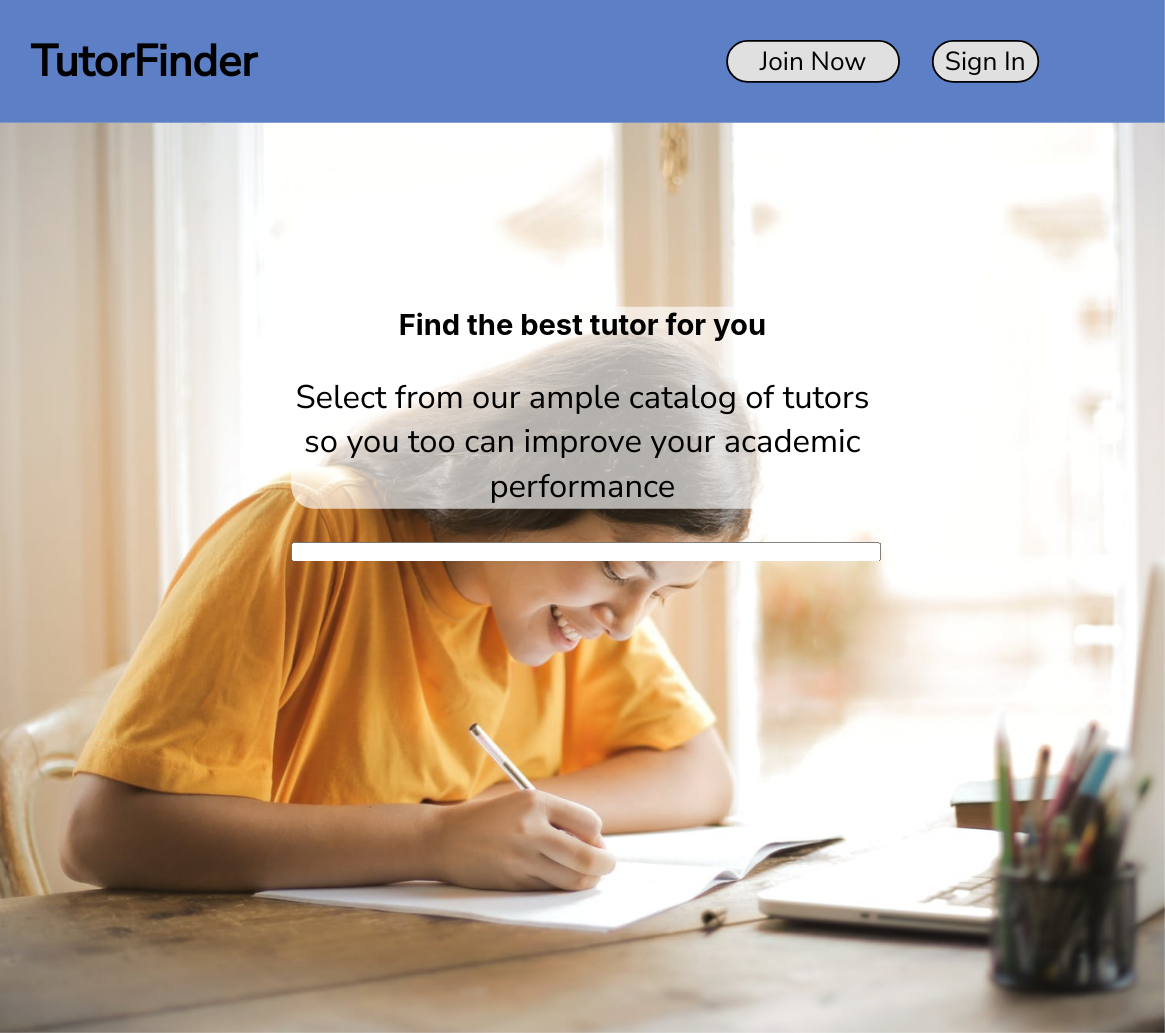
Repository: uprm-inso-4117-2020-2021-s2/semester-project-uprm-inso-4117-2020-2021-s2-team-7
Page: / (app in tutorfinder/)
These files come from the project's save history. The page is drawn as it stood at one moment and after the next save; the edit follows.
The browser window is 1280 px wide. The pictures show the whole page, at 91% of full size.
The project was rebuilt for these pictures with package versions that can differ from the ones it lists, and the page was loaded fresh each time. Also part of the build but not shown: tutorfinder/src/App.css.

Above is the page before, as saved 2021-03-29 23:34:37.

### tutorfinder/src/App.js
import React from "react";
import './App.css';
import Nav from './Nav.js';
import Welcome from "./Welcome";




function App() {
  return (

      <div className="">

        <Nav />
     <Welcome/>

      </div>

  );
}



export default App;

### tutorfinder/src/Nav.js
import React from "react";
import "./App.css";
import "./Nav.css"

class Nav extends React.Component {

  render(){

  return (
    <div className="">
  <table className="navBar">
      <tr>
          <td className="left"><h1 className="title">TutorFinder</h1></td>

          <td className="middle "><button className="buttons buttonLetters ">Join Now</button></td>
          <td className="right"><button className="buttons buttonLetters">Sign In</button></td>
      </tr>
      </table>

    </div>
  );
}
}

export default Nav;

### tutorfinder/src/Welcome.js
import React from "react";
import "./App.css";
import "./Welcome.css"
import foto from "./assets/bg.png"

class Welcome extends React.Component {

  render(){

  return (
    <div className="background">

 <div className="everything">
 <div className="square">
<h1>Find the best tutor for you</h1>
<p className="paragraph">Select from our ample catalog of tutors so you too
can improve your academic performance</p>
 </div>

 <div className="">
<input type="text" className="search"></input>
 </div>
 </div>

    </div>
  );
}
}

export default Welcome;

### tutorfinder/src/Nav.css
@import url("https://fonts.googleapis.com/css2?family=Nunito+Sans&display=swap");

.title {
  font-family: "Nunito Sans", sans-serif;
  font-style: normal;
  font-weight: bold;
  font-size: 48px;
  line-height: 65px;

}

.navBar {
    table-layout: fixed;
  background-color: #5d7fc5;
  width: 100%;
}

.buttons {
  background: #e0e0e0;
  border-radius: 45px;
  outline: none;
  border-style: solid;

}

.buttonLetters {
  font-family: "Nunito Sans", sans-serif;
  font-style: normal;
  font-weight: 300;
  font-size: 1.8em;
  line-height: 41px;
  text-align: center;
  padding-right: 10%;
  padding-left: 10%;

}

.left{
text-align: left;
padding-left: 2.5%;
width: 50%;
}

.right{
    text-align: left;
    padding-right: 10%;
    width: 20%;
}

.middle{
    /* background-color: red; */
    text-align: right;
    padding-right: 2.5%;
}

### tutorfinder/src/Welcome.css

@import url("https://fonts.googleapis.com/css2?family=Nunito+Sans&display=swap");

.background{
background-image: url("./assets/bg.png");
height: 1000px;
width: 100% !important;
position:relative;
}

.square{
    background: rgba(255, 255, 255, 0.65);
border-radius: 25px;
text-align: center;

}

.everything{
    position:absolute;
    top:50%;
    left:50%;
    width :50%;
    height:50%;
    margin-left:-25%;
    margin-top:-25%;
}

.search{
    width: 100%;
}

.paragraph{
    font-family: "Nunito Sans", sans-serif;
font-style: normal;
font-weight: 300;
font-size: 36px;
line-height: 49px;
text-align: center;
}

.heading{
    font-family: "Nunito Sans", sans-serif;
font-style: normal;
font-weight: bold;
font-size: 64px;
line-height: 87px;
text-align: center;
}

Loaded but not shown: tutorfinder/public/index.html (common file); tutorfinder/src/index.js (common file); tutorfinder/src/index.css (common file); tutorfinder/src/reportWebVitals.js (common file)

After the next save:
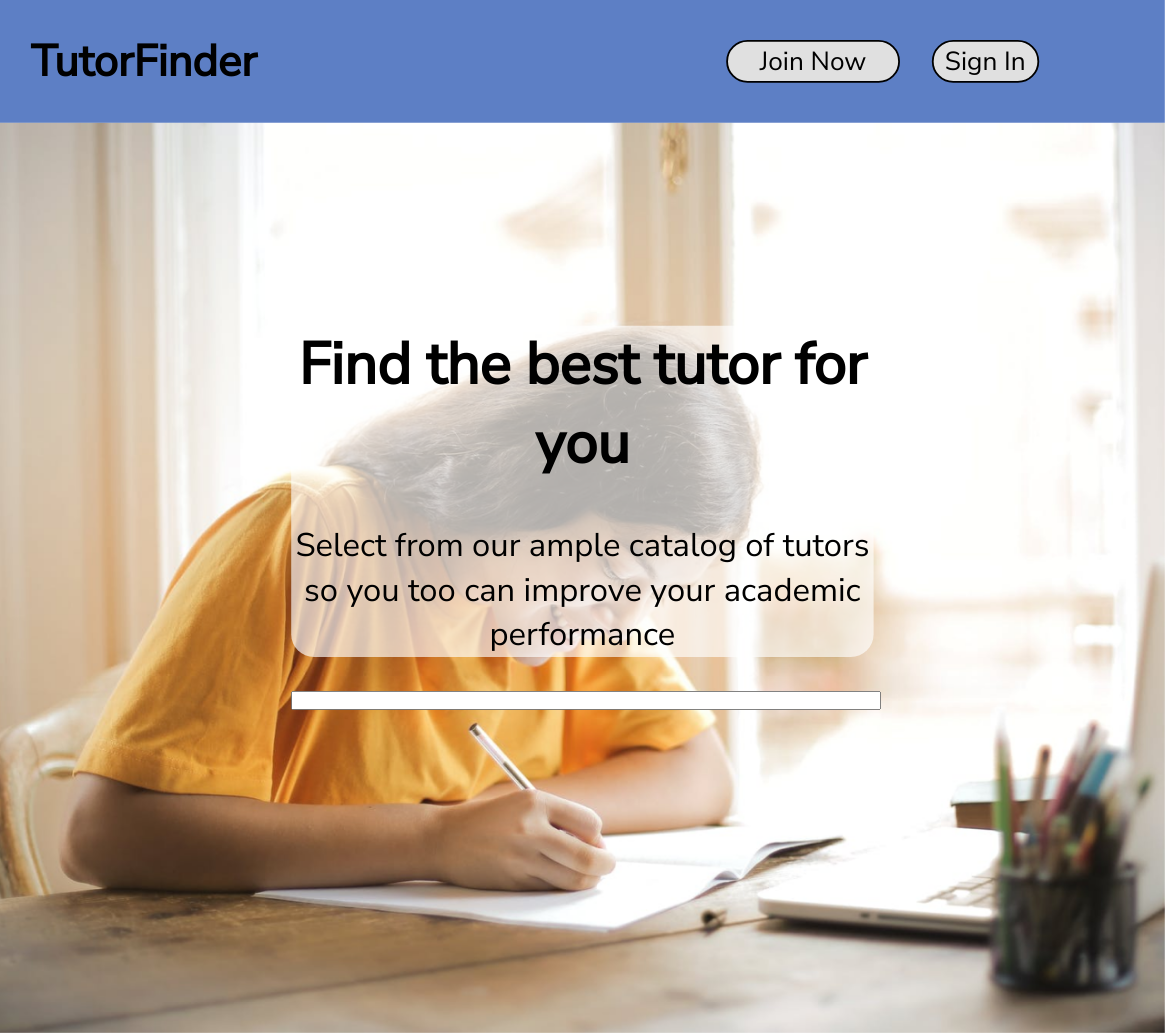
Saved 14 s later.
--- a/tutorfinder/src/Welcome.js
+++ b/tutorfinder/src/Welcome.js
@@ -12,7 +12,7 @@ class Welcome extends React.Component {
 
  <div className="everything">
  <div className="square">
-<h1>Find the best tutor for you</h1>
+<h1 className="heading">Find the best tutor for you</h1>
 <p className="paragraph">Select from our ample catalog of tutors so you too
 can improve your academic performance</p>
  </div>
